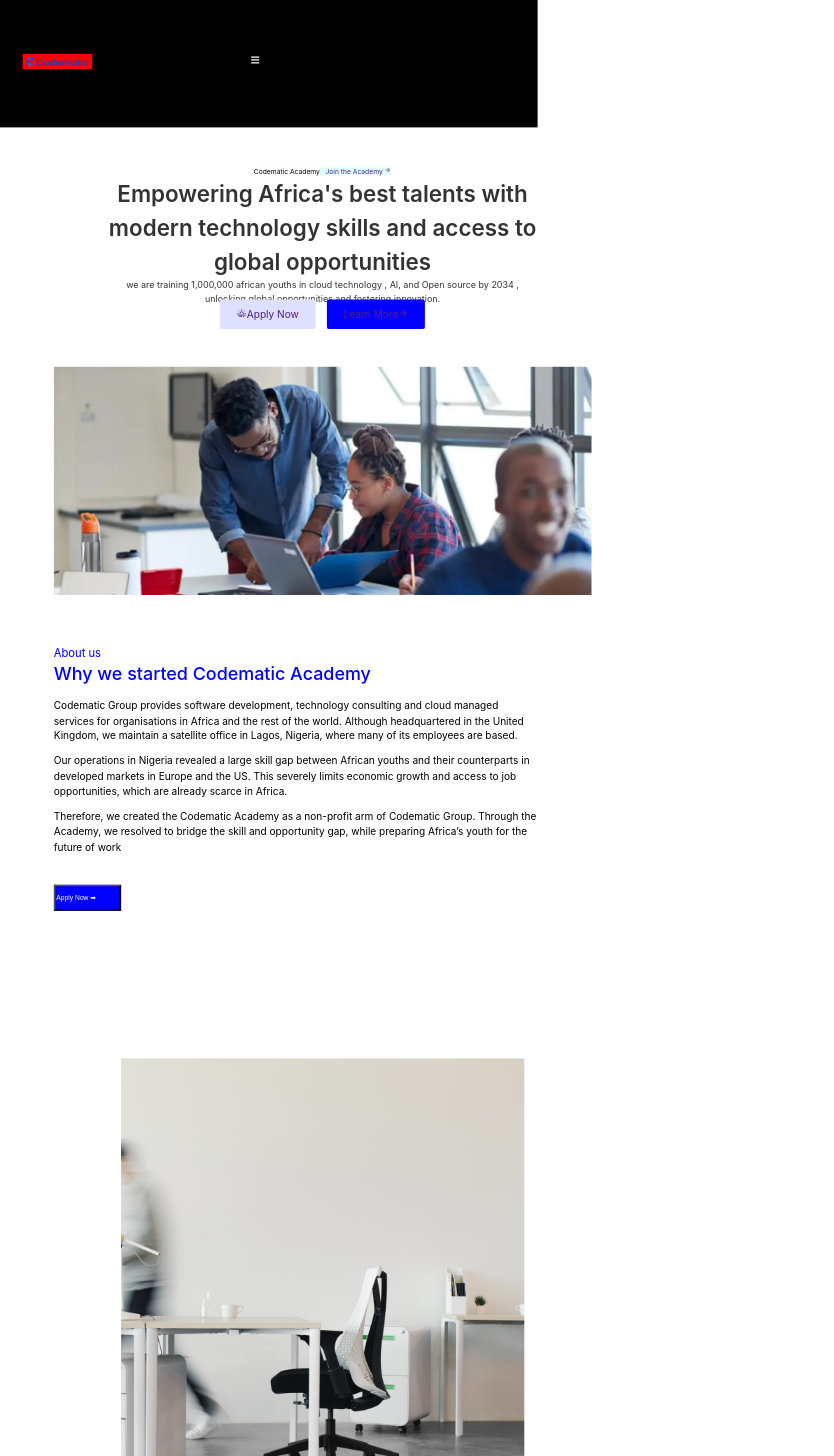
Repository: Gabriel221-dev/Codematic-page
Page: /
These files come from the project's save history. The page is drawn as it stood at one moment and after the next save; the edit follows.
The browser window is 768 px wide. The page is 922 px wide, then 1191 px, so the pictures cover 1191 px, including what lies to the right of the window. The pictures show the part of the page from y = 0 to 2080 px (the page is 6508 px tall before and 6376 px after), at 70% of full size.
The project was rebuilt for these pictures with package versions that can differ from the ones it lists, and the page was loaded fresh each time. Also part of the build but not shown: vite.config.js, src/App.css.

Above is the page before, as saved 2024-07-31 07:16:36.

After the next save:
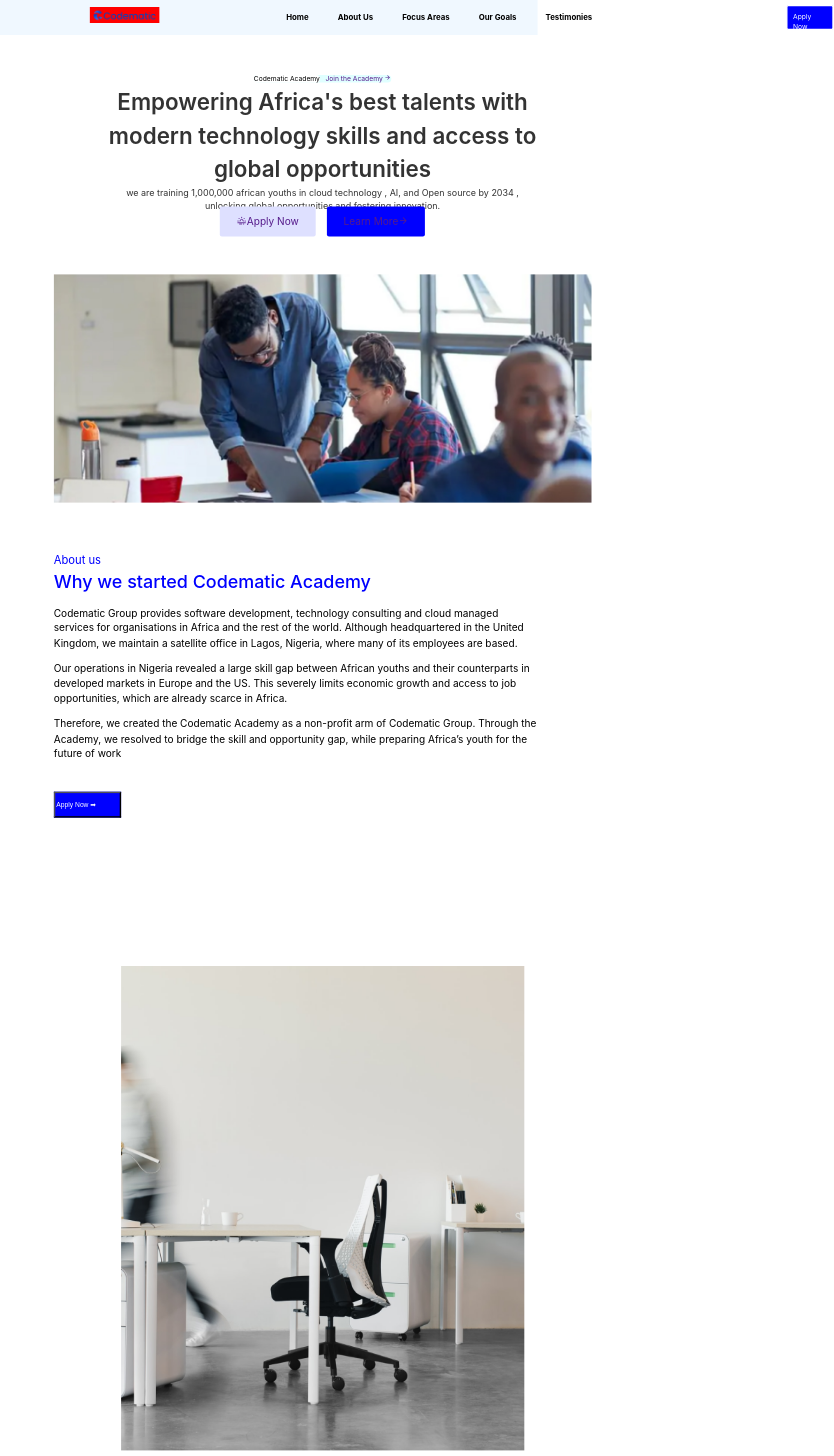
Saved 9 min 43 s later.
--- a/src/components/Header.css
+++ b/src/components/Header.css
@@ -7,11 +7,10 @@
     padding: 1rem 7rem;
   }
 
-  @media only screen and (max-width: 850px) {
+  /* @media only screen and (max-width: 850px) {
     .header {
         background-color:black;
       height: 150px;
-      /* background-color:red; */
       align-items:left;
     }
   }
@@ -29,7 +28,7 @@
         height: 75px;
         width: 450px;
     }
-  }
+  } */
 
   .header__nav {
     align-items: center;
@@ -38,14 +37,14 @@
     align-items: center;
     font-size: .7rem;
 
-    @media only screen and (max-width: 768px) {
+    /* @media only screen and (max-width: 768px) {
       column-gap: 4rem;
     }
 
     @media only screen and (max-width: 576px) {
         grid-template-columns: repeat(2, 1fr);
         column-gap: 0;
-    }
+    } */
   }
 
   .header__logo {
@@ -55,7 +54,7 @@
 
 
 
-    @media only screen and (max-width: 768px) {
+    /* @media only screen and (max-width: 768px) {
       margin-right: 14rem;
       margin-left: -5rem;
     }
@@ -64,7 +63,7 @@
         margin-right: 14rem;
         margin-left: -5rem;
         background-color:palegoldenrod;
-      }
+      } */
   }
 
   .header__navigation {
@@ -78,9 +77,9 @@
     justify-content: space-between;
     column-gap: -1rem;
 
-    @media only screen and (max-width: 820px) {
+    /* @media only screen and (max-width: 820px) {
       display: none;
-    }
+    } */
   }
 
   .header__link {
@@ -129,9 +128,9 @@
     text-decoration: none;
     cursor: pointer;
 
-    @media only screen and (max-width: 820px) {
+    /* @media only screen and (max-width: 820px) {
       display: none;
-    }
+    } */
   }
 
   .header__btn:hover{
@@ -146,14 +145,14 @@
   .header__menu {
     display: none;
 
-    @media only screen and (max-width: 820px) {
+    /* @media only screen and (max-width: 820px) {
       display: flex;
       width: 50px;
       height: 28px;
       padding: .1rem;
       border: 0;
       outline: 0;
-    }
+    } */
   }
 
   .header__menu:hover{
